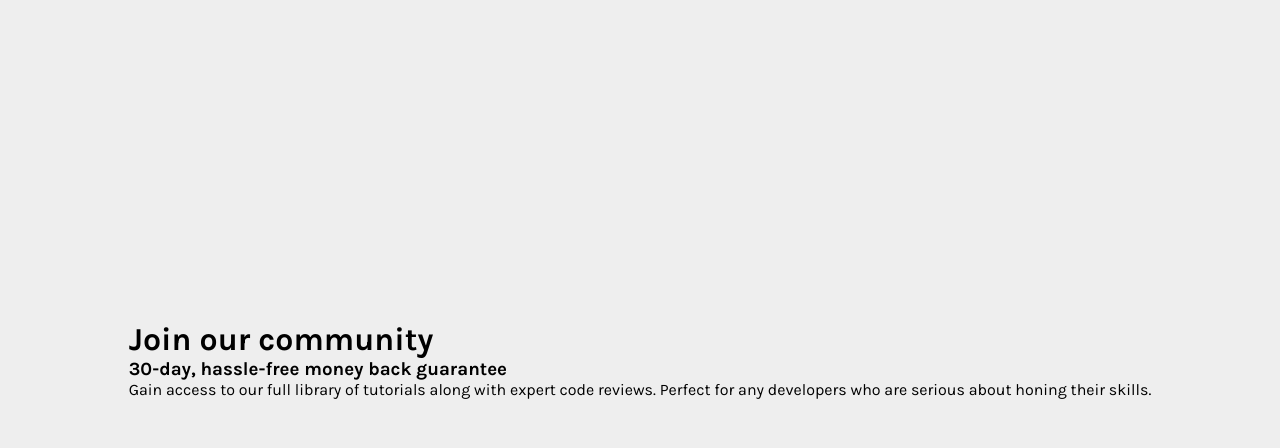
Repository: Akashiii1/WebSingleGrid_Day3
Page: index.html
These files come from the project's save history. The page is drawn as it stood at one moment and after the next save; the edit follows.
The browser window is 1280 px wide. The pictures show the whole page.

Above is the page before, as saved 2021-12-22 00:54:18.

After the next save:
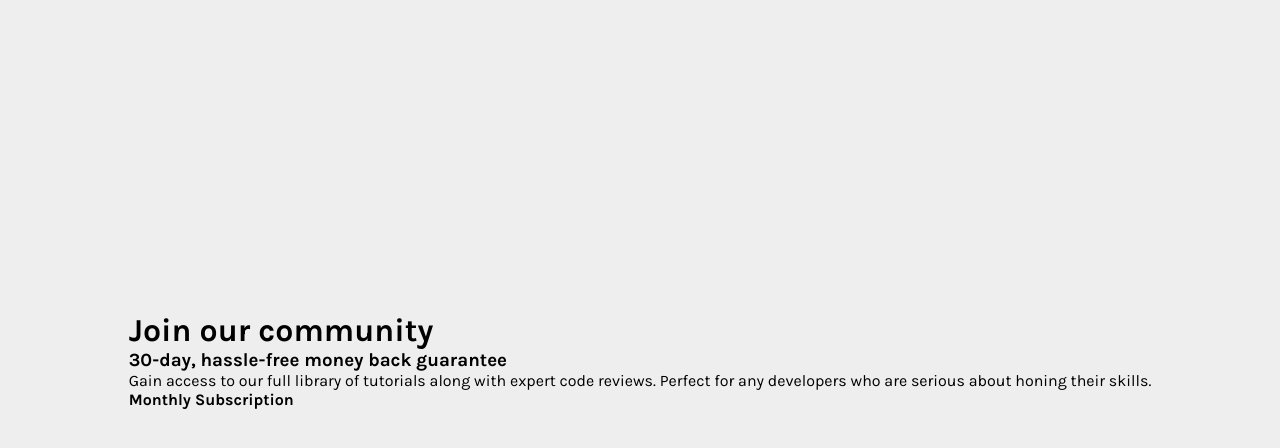
Saved 20 s later.
--- a/index.html
+++ b/index.html
@@ -48,7 +48,9 @@
         <p>Gain access to our full library of tutorials along with expert code reviews.
           Perfect for any developers who are serious about honing their skills.</p>
       </div>
-      <div class="box"></div>
+      <div class="box">
+        <h4> Monthly Subscription</h4>
+      </div>
       <div class="box"></div>
     </div>
   </div>
